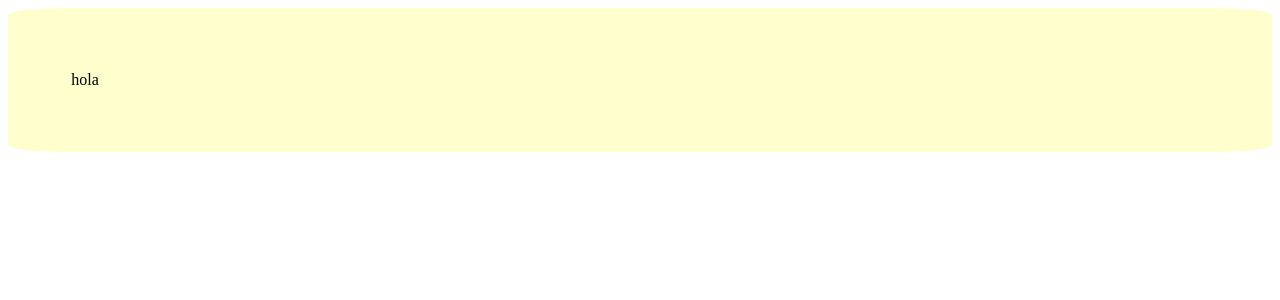
Repository: gabrielardevol/portfolio-react
Page: javascript_domestika/exercici_memory/html.html
The author's editor kept a copy of each file at every save. The page is drawn from the files as they stood at one save, then again after the next save.
The browser window is 1280 px wide. The pictures show the whole page.

Above is the page before, as saved 2022-12-20 22:31:43.
Console error: TypeError: Cannot set properties of null (setting 'textContent')

### javascript_domestika/exercici_memory/html.html
<head>
  <meta charset="UTF-8">
  <style>
    .carta {
      border-radius: 5%;
      box-shadow: 1cm;
      padding: 5%;
      background-color: rgb(255, 255, 205);
    }
      </style>
</head>
<body>
  <div class = "carta"> hola </div>
  <script src = "js.js"></script>
</body>

### javascript_domestika/exercici_memory/js.js
arrayDeTargetas1 = ["🐷","🥵","🔥","🍆","💦","😛","👀","💋"]
text = document.querySelector("#text")
console.log(arrayDeTargetas1)
text.textContent = "adéu"

After the next save:
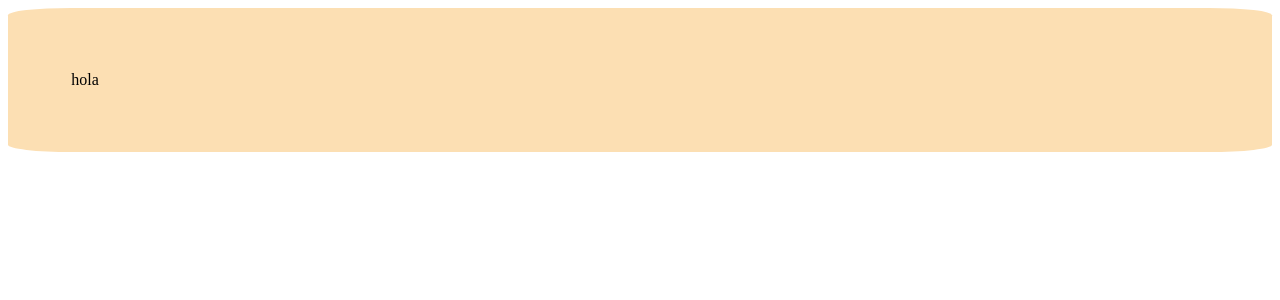
Saved 30 s later.
--- a/javascript_domestika/exercici_memory/html.html
+++ b/javascript_domestika/exercici_memory/html.html
@@ -5,7 +5,7 @@
       border-radius: 5%;
       box-shadow: 1cm;
       padding: 5%;
-      background-color: rgb(255, 255, 205);
+      background-color: rgb(252, 223, 179);
     }
       </style>
 </head>
